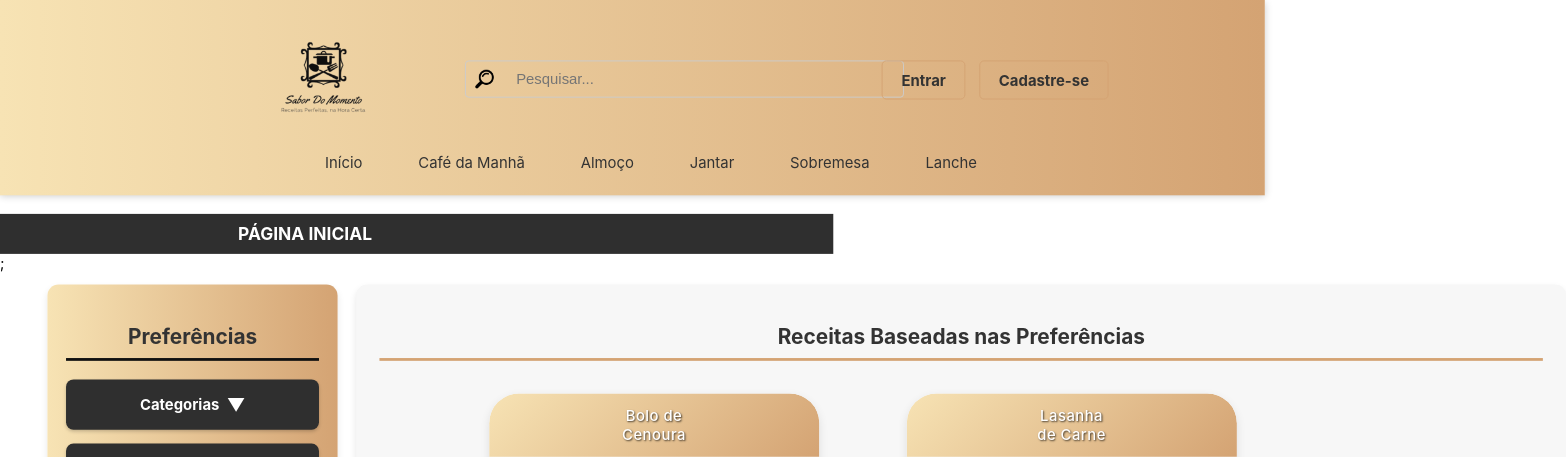
Repository: ICEI-PUC-Minas-PMV-SInt/pmv-sint-2024-2-e2-proj-front-grupo4-receitas1
Page: /
An editor plug-in stored every save of this project. The page is shown before and after the next save, followed by the edit.
The browser window is 1280 px wide. The page is 1684 px wide, so the pictures cover 1684 px, including what lies to the right of the window. The pictures show the part of the page from y = 0 to 491 px (the page is 48061 px tall), at 93% of full size.
Pictures or frames that could not be fetched are drawn as grey boxes. Some web libraries are served in a nearby version. The project was rebuilt for these pictures with package versions that can differ from the ones it lists, and the page was loaded fresh each time. Also part of the build but not shown: vite.config.js, src/Components/ModalComentarios.module.css, src/Components/Comentarios.module.css, src/Components/Comentario.module.css, src/Components/Avatar.module.css, src/Components/Avatar.js, src/Components/RespostasLista.module.css, src/Components/RespostasLista.js and 34 more.

Above is the page before, as saved 2024-11-17 11:09:19.

### public/index.html
<!-- @format -->

<!DOCTYPE html>
<html lang="en">
	<head>
		<meta charset="utf-8" />
		<link rel="icon" href="%PUBLIC_URL%/favicon.png" />
		<meta name="viewport" content="width=device-width, initial-scale=1" />
		<meta name="theme-color" content="#000000" />
		<meta
			name="description"
			content="Web site created using create-react-app"
		/>
		<link rel="apple-touch-icon" href="%PUBLIC_URL%/logo192.png" />
		<!--
      manifest.json provides metadata used when your web app is installed on a
      user's mobile device or desktop. See https://developers.google.com/web/fundamentals/web-app-manifest/
    -->
		<link rel="manifest" href="%PUBLIC_URL%/manifest.json" />
		<link
			href="https://fonts.googleapis.com/css2?family=Merriweather:wght@400&display=swap"
			rel="stylesheet"
		/>

		<!--
      Notice the use of %PUBLIC_URL% in the tags above.
      It will be replaced with the URL of the `public` folder during the build.
      Only files inside the `public` folder can be referenced from the HTML.

      Unlike "/favicon.ico" or "favicon.ico", "%PUBLIC_URL%/favicon.ico" will
      work correctly both with client-side routing and a non-root public URL.
      Learn how to configure a non-root public URL by running `npm run build`.
    -->
		<title>Sabor do momento</title>
	</head>
	<body>
		<!--VLibras Widget-->
		<div vw class="enabled">
			<div vw-access-button class="active"></div>
			<div vw-plugin-wrapper>
				<div class="vw-plugin-top-wrapper"></div>
			</div>
		</div>
		<script src="https://vlibras.gov.br/app/vlibras-plugin.js"></script>
		<script>
			document.addEventListener('DOMContentLoaded', function () {
				new window.VLibras.Widget('https://vlibras.gov.br/app');
			});
		</script>
		<noscript>You need to enable JavaScript to run this app.</noscript>
		<div id="root"></div>
		<!--
      This HTML file is a template.
      If you open it directly in the browser, you will see an empty page.

      You can add webfonts, meta tags, or analytics to this file.
      The build step will place the bundled scripts into the <body> tag.

      To begin the development, run `npm start` or `yarn start`.
      To create a production bundle, use `npm run build` or `yarn build`.
    -->
	</body>
</html>

### src/index.css
/** @format */

body {
	width: 100vw;
	margin: 0;
	padding: 0;
	justify-content: center;
	align-items: center;
	overflow-x: hidden;
	font-family: -apple-system, BlinkMacSystemFont, 'Segoe UI', 'Roboto', 'Oxygen',
		'Ubuntu', 'Cantarell', 'Fira Sans', 'Droid Sans', 'Helvetica Neue',
		sans-serif;
	-webkit-font-smoothing: antialiased;
	-moz-osx-font-smoothing: grayscale;
}

code {
	font-family: source-code-pro, Menlo, Monaco, Consolas, 'Courier New',
		monospace;
}

### src/App.js
/** @format */

import {
	HashRouter as Router,
	Routes,
	Route,
	useParams,
} from 'react-router-dom';
import CafedaManha from './Components/pages/CafedaManha';
import Almoco from './Components/pages/Almoco.js';
import Jantar from './Components/pages/Jantar';
import Sobremesa from './Components/pages/Sobremesa';
import Lanche from './Components/pages/Lanche';
import Inicio from './Components/pages/Inicio';
import PaginaReceita from './Components/pages/PaginaReceita.js';
import ScrollToTop from './Components/ScrollToTop.js';
import Cadastro from './Components/pages/Cadastro.js';
import Layout from './Components/pages/layout/Layout.js';
import Login from './Components/pages/Login.js';
import PerfilUsuario from './Components/pages/PerfilUsuario.js';
import ReceitasSalvas from './Components/pages/ReceitasSalvas'; // Importa a nova página de receitas salvas

function App() {
	return (
		<Router>
			<ScrollToTop />
			<Layout>
				<Routes>
					<Route path='/' element={<Inicio />} />
					<Route path='/cafedamanha' element={<CafedaManha />} />
					<Route path='/almoco' element={<Almoco />} />
					<Route path='/jantar' element={<Jantar />} />
					<Route path='/sobremesa' element={<Sobremesa />} />
					<Route path='/lanche' element={<Lanche />} />
					<Route path='/receitas/:id' element={<RouteReceitaWrapper />} />
					<Route path='/cadastro' element={<Cadastro />} />
					<Route path='/login' element={<Login />} /> {/* Rota sem Navbar */}
					<Route path='/perfilusuario' element={<PerfilUsuario />} />
					<Route path='/receitas-salvas' element={<ReceitasSalvas />} />{' '}
					{/* Nova rota para receitas salvas */}
				</Routes>
			</Layout>
		</Router>
	);
}

function RouteReceitaWrapper() {
	const { id } = useParams();
	return <PaginaReceita key={id} />;
}

export default App;

### src/Components/ScrollToTop.js
/** @format */

// ScrollToTop.js
import { useEffect } from 'react';
import { useLocation } from 'react-router-dom';

const ScrollToTop = () => {
	const { pathname } = useLocation();

	useEffect(() => {
		window.scrollTo(0, 0);
	}, [pathname]);

	return null;
};

export default ScrollToTop;

### src/Components/pages/layout/Layout.js
/** @format */

// Layout.js
import { useLocation } from 'react-router-dom';
import Navbar from './Navbar.js';
import Container from './Container.js';

const Layout = ({ children }) => {
	const location = useLocation();
	const hideNavbarRoutes = ['/cadastro', '/login']; // Defina as rotas onde a Navbar deve estar oculta

	return (
		<>
			{!hideNavbarRoutes.includes(location.pathname) && <Navbar />}
			<Container customClass='min-height'>{children}</Container>
		</>
	);
};

export default Layout;

### src/Components/LargeButton.js
/** @format */

import React from 'react';
import styles from './LargeButton.module.css';

const LargeButton = ({ textoBotao, className }) => {
	return (
		<div className={`${styles.largeButton} ${className}`}>
			<p>{textoBotao}</p>
		</div>
	);
};

export default LargeButton;

### src/Components/pages/Inicio.module.css
/** @format */

/* Container principal */
.containerGeral {
	padding-top: 20px;
}

.listaReceitas {
	display: grid;
	grid-template-columns: repeat(3, 1fr);
	flex-wrap: wrap;
	justify-content: center;
	row-gap: 1rem;
	column-gap: 2rem;
	padding: 1rem;
}

.perfilContainer {
	display: flex;
	flex-direction: column;
	padding-left: 4%;
	padding-top: 1%;
}

.containerBemVindoEFilteredRecipes {
	display: flex;
	flex-direction: column;
	align-items: center;
}

/* Título */
.perfilContainer h2 {
	font-size: 1.8rem;
	color: #333;
	margin-bottom: 20px;
	display: flex;
}

/* Layout principal: menu à esquerda e receitas à direita */
.perfilContent {
	display: flex;
	width: 100%;
	max-width: 1400px;
	gap: 20px;
	align-items: flex-start;
}

/* Menu de preferências (à esquerda) */
.preferencesCard {
	background: linear-gradient(90deg, #f7e3b4, #d4a373);
	border-radius: 12px;
	box-shadow: 0 4px 8px rgba(0, 0, 0, 0.1);
	padding: 20px;
	width: 15rem;
	min-width: 17rem;
}

.preferencesCardPerfilUsuario {
	background: linear-gradient(90deg, #f7e3b4, #d4a373);
	border-radius: 12px;
	box-shadow: 0 4px 8px rgba(0, 0, 0, 0.1);
	padding: 20px;
	width: 15rem;
	min-width: 17rem;
	margin-top: 5.1rem;
}

.preferencesCardPerfilUsuario h3 {
	text-align: center;
	color: #333;
	font-weight: bold;
	font-size: 1.4rem;
	margin-bottom: 20px;
	border-bottom: 3px solid #101010;
	padding-bottom: 10px;
}

/* Título do menu de preferências */
.preferencesCard h3 {
	text-align: center;
	color: #333;
	font-weight: bold;
	font-size: 1.4rem;
	margin-bottom: 20px;
	border-bottom: 3px solid #101010;
	padding-bottom: 10px;
}

/* Estilo do accordion */
.accordion {
	margin-bottom: 15px;
}

.accordionHeader {
	font-size: 16px;
	font-weight: bold;
	color: white; /* Cor branca para contraste */
	padding: 15px;
	background-color: #2f2f2f; /* Fundo escuro */
	border-radius: 8px;
	display: flex;
	justify-content: center;
	align-items: center;
	cursor: pointer;
	transition: background-color 0.3s ease-in-out, transform 0.2s;
	gap: 8px;
	box-shadow: 0px 2px 4px rgba(0, 0, 0, 0.2); /* Sombra leve */
}

.accordionHeader:hover {
	background-color: #444444; /* Tonalidade mais clara ao passar o mouse */
	transform: translateY(-2px);
}

.accordionArrow {
	font-size: 1.2rem;
	transform: scale(1);
	transition: transform 0.2s ease-in-out;
}

.accordionHeader:hover .accordionArrow {
	transform: scale(1.1);
}

.accordionContent {
	padding: 15px;
	background-color: #f9f9f9;
	border-radius: 8px;
	margin-top: 5px;
	display: grid;
	grid-template-columns: repeat(2, 1fr);
	gap: 15px;
	box-shadow: 0px 4px 8px rgba(0, 0, 0, 0.1); /* Sombra para demarcar o conteúdo */
}

/* Chips interativos */
.preferenceChip {
	padding: 10px 15px;
	border-radius: 20px;
	background-color: #f1f1f1;
	color: #333;
	cursor: pointer;
	transition: all 0.3s ease;
	font-size: 1rem;
	font-weight: bold;
	text-align: center;
	box-shadow: 0px 4px 8px rgba(0, 0, 0, 0.1);
}

.preferenceChip:hover {
	background-color: #d4a373;
	color: white;
	box-shadow: 0px 6px 12px rgba(0, 0, 0, 0.2);
	transform: translateY(-2px);
}

.activeChip {
	background-color: #d4a373;
	color: white;
}

/* Seção de receitas */
.filteredRecipes {
	flex-grow: 1;
	background-color: #f7f7f7;
	border-radius: 12px;
	box-shadow: 0 4px 8px rgba(0, 0, 0, 0.1);
	padding: 25px;
	padding-top: 20px;
	min-width: 1251px;
}

.filteredRecipes h3 {
	text-align: center;
	color: #333;
	font-size: 1.4rem;
	margin-bottom: 20px;
	border-bottom: 3px solid #d4a373;
	padding-bottom: 10px;
}

.filteredRecipesGrid {
	display: grid;
	grid-template-columns: repeat(3, 1fr);
	gap: 20px;
}

/* Responsividade */
@media (max-width: 768px) {
	.perfilContent {
		flex-direction: column;
		gap: 20px;
	}

	.preferencesCard {
		width: 100%;
	}

	.filteredRecipes {
		width: 100%;
	}

	.accordionContent {
		grid-template-columns: 1fr;
	}
}

### src/Components/ListaReceitas.js
/** @format */

import React from 'react';
import { receitas } from '../utils/receitas.js';
import ReceitaCard from './ReceitaCard.js';
import styles from './ListaReceitas.module.css';

const ListaReceitas = ({ preferenciasSelecionadas = {} }) => {
	// Função para verificar se uma receita atende às preferências selecionadas
	const atendePreferencias = receita => {
		return Object.entries(preferenciasSelecionadas).every(
			([categoria, preferencias]) => {
				return preferencias.some(preferencia => {
					const preferenciaLower = preferencia.toLowerCase();
					// Verifica o tipo de refeição
					if (categoria === 'Categorias') {
						return receita.tipoRefeicao?.toLowerCase() === preferenciaLower;
					}
					// Verifica componentes da receita
					if (categoria === 'Tipos de Refeição') {
						return (
							receita.nome?.toLowerCase().includes(preferenciaLower) ||
							receita.ingredientes?.some(ingrediente =>
								ingrediente.toLowerCase().includes(preferenciaLower)
							)
						);
					}
					// Verifica estilos alimentares ou tags
					if (categoria === 'Estilos Alimentares' || categoria === 'Tags') {
						return receita.tags?.some(
							tag => tag.toLowerCase() === preferenciaLower
						);
					}
					// Caso nenhum critério seja atendido
					return false;
				});
			}
		);
	};

	// Filtrar receitas com base nas preferências selecionadas
	const receitasFiltradas = receitas.filter(atendePreferencias);

	return (
		<ul className={styles.containerListaReceitas}>
			{receitasFiltradas.length > 0 ? (
				receitasFiltradas.map(receita => (
					<ReceitaCard
						key={receita.id}
						id={receita.id}
						nome={receita.nome}
						fotoReceita={receita.fotoReceita}
						fotoUsuarioPostador={receita.fotoUsuarioPostador}
						usuarioPostador={receita.usuarioPostador}
					/>
				))
			) : (
				<p>Nenhuma receita encontrada.</p>
			)}
		</ul>
	);
};

export default ListaReceitas;

### src/Components/ReceitaCard.js
/** @format */

import React, { useState } from 'react';
import { useNavigate } from 'react-router-dom'; // Importa o hook de navegação
import UsuarioPostador from './UsuarioPostador.js';
import { CommentIcon } from './CommentIcon.js';
import ModalComentarios from './ModalComentarios.js'; // Importe o Modal
import styles from './ReceitaCard.module.css';
import ReactDOM from 'react-dom';

const ReceitaCard = ({
	fotoReceita,
	fotoUsuarioPostador,
	usuarioPostador,
	nome,
	id,
}) => {
	const [modalAberto, setModalAberto] = useState(false);
	const navigate = useNavigate();

	const abrirModal = () => {
		setModalAberto(true);
	};

	const fecharModal = () => {
		setModalAberto(false);
	};

	// Função para redirecionar para a página da receita ao clicar na imagem
	const handleNavigateToRecipe = () => {
		navigate(`/receitas/${id}`);
	};

	return (
		<div className={styles.containerReceitaCard}>
			<div className={styles.containerNomeReceita}>
				<p>{nome}</p>
			</div>
			<img
				className={styles.fotoReceita}
				src={fotoReceita}
				alt={`Receita de ${nome}`}
				onClick={handleNavigateToRecipe} // Redireciona ao clicar na imagem
				style={{ cursor: 'pointer' }} // Mostra o ponteiro para indicar clicável
			/>

			<div className={styles.containerUsuarioEComentarios}>
				<UsuarioPostador
					fotoUsuarioPostador={fotoUsuarioPostador}
					usuarioPostador={usuarioPostador}
				/>
				<CommentIcon onClick={abrirModal} /> {/* Abre o modal */}
			</div>

			{/* Renderiza o modal de comentários, se estiver aberto */}
			{modalAberto &&
				ReactDOM.createPortal(
					<ModalComentarios receitaId={id} onClose={fecharModal} />,
					document.body
				)}
		</div>
	);
};

export default ReceitaCard;

### src/Components/UsuarioPostador.js
/** @format */

import React from 'react';
import styles from './UsuarioPostador.module.css';

const UsuarioPostador = ({
	fotoUsuarioPostador,
	usuarioPostador,
	className,
}) => {
	return (
		<div className={`${styles.containerUsuarioPostador} ${className}`}>
			<img
				className={styles.fotoUsuarioPostador}
				src={fotoUsuarioPostador}
				alt={`Foto de ${usuarioPostador}`}
			/>
			<p>Por {usuarioPostador}</p>
		</div>
	);
};

export default UsuarioPostador;

### src/Components/CommentIcon.js
/** @format */

import React from 'react';
import { FaRegCommentDots } from 'react-icons/fa';
import styles from './IconsStyle.module.css';

export function CommentIcon({ onClick, withText = false }) {
	return (
		<div className={styles.iconWithText} onClick={onClick}>
			<FaRegCommentDots color='#333' size={24} />
			{withText && <span className={styles.iconText}>Comentários</span>}
		</div>
	);
}

### src/Components/pages/layout/Navbar.js
/** @format */

import { Link, useNavigate } from 'react-router-dom';
import { useEffect, useState } from 'react';
import Container from './Container';
import styles from './Navbar.module.css';
import logo from '../../../img/logo.png';
import defaultAvatar from '../../../img/default-avatar.png'; // Imagem padrão de usuário
import SearchBar from '../../SearchBar';
import { receitas } from '../../../utils/receitas';

function Navbar() {
	const [filteredRecipes, setFilteredRecipes] = useState([]);
	const [hasSearched, setHasSearched] = useState(false);
	const [user, setUser] = useState(null); // Estado para armazenar dados do usuário
	const navigate = useNavigate();

	useEffect(() => {
		// Verifica o LocalStorage para dados de usuário ao carregar a página
		const storedUser = JSON.parse(localStorage.getItem('user'));
		if (storedUser) {
			setUser(storedUser);
		}
	}, []);

	const handleSearch = query => {
		setHasSearched(true);
		const filtered = receitas.filter(recipe =>
			recipe.nome.toLowerCase().includes(query.toLowerCase())
		);
		setFilteredRecipes(filtered);
	};

	const resetSearch = () => {
		setFilteredRecipes([]);
		setHasSearched(false);
	};

	const handleLogout = () => {
		// Remove dados do usuário do LocalStorage e atualiza o estado
		localStorage.removeItem('user');
		setUser(null);
		navigate('/login');
	};

	return (
		<nav className={styles.navbar}>
			<Container>
				<div className={styles.navbarContent}>
					<Link to='/'>
						<img className={styles.logo} src={logo} alt='Logosabordomomento' />
					</Link>
					<SearchBar onSearch={handleSearch} />
				</div>
				<ul className={styles.list}>
					<li className={styles.item}>
						<Link to='/' onClick={resetSearch}>
							Início
						</Link>
					</li>
					<li className={styles.item}>
						<Link to='/cafedamanha' onClick={resetSearch}>
							Café da Manhã
						</Link>
					</li>
					<li className={styles.item}>
						<Link to='/almoco' onClick={resetSearch}>
							Almoço
						</Link>
					</li>
					<li className={styles.item}>
						<Link to='/jantar' onClick={resetSearch}>
							Jantar
						</Link>
					</li>
					<li className={styles.item}>
						<Link to='/sobremesa' onClick={resetSearch}>
							Sobremesa
						</Link>
					</li>
					<li className={styles.item}>
						<Link to='/lanche' onClick={resetSearch}>
							Lanche
						</Link>
					</li>
				</ul>

				{/* Botões de login/cadastro ou saudação com avatar */}
				<div className={styles.userSection}>
					{user ? (
						<div className={styles.loggedInUser}>
							<img
								src={user.avatar || defaultAvatar} // Avatar do usuário ou imagem padrão
								alt='Avatar do usuário'
								className={styles.avatar}
							/>
							<div className={styles.welcomeMessage}>
								<div>
									<p>Bem-vindo(a), </p>
									<p>{user.name}</p>
								</div>
								<button onClick={handleLogout} className={styles.logoutButton}>
									Sair
								</button>
							</div>
						</div>
					) : (
						<div className={styles.authButtons}>
							<Link to='/login' className={styles.authLink}>
								Entrar
							</Link>
							<Link to='/cadastro' className={styles.authLink}>
								Cadastre-se
							</Link>
						</div>
					)}
				</div>

				{/* Renderiza os resultados da pesquisa, se houver */}
				{hasSearched && filteredRecipes.length > 0 ? (
					<div className={styles.results}>
						{filteredRecipes.map(recipe => (
							<Link
								key={recipe.id}
								to={`/receitas/${recipe.id}`}
								className={styles.recipeLink}
								onClick={resetSearch}
							>
								<p>{recipe.nome}</p>
							</Link>
						))}
					</div>
				) : (
					hasSearched && (
						<div className={styles.results}>
							<p>Nenhum resultado encontrado</p>
						</div>
					)
				)}
			</Container>
		</nav>
	);
}

export default Navbar;

### src/Components/pages/layout/Container.js
import styles from './Container.module.css'

function Container(props){
return <div>{props.children}</div>


}

export default Container

### src/Components/LargeButton.module.css
/** @format */

.largeButton {
	background-color: #2f2f2f;
	color: white;
	font-size: 15px;
	text-transform: uppercase;
	padding-left: 20%;
	padding-top: 10px;
	padding-bottom: 10px;
	font-size: 1.17rem;
	font-weight: bold;
	width: 50%;
	text-justify: center;
}

.largeButton p {
	padding: 0;
	width: fit-content;
	margin: 0;
}

### src/Components/ListaReceitas.module.css
/** @format */

.containerListaReceitas {
	display: flex;
	flex-wrap: wrap;
	row-gap: 1rem;
	column-gap: 4rem;
	margin-left: 5%;
}

### src/Components/ReceitaCard.module.css
/** @format */

.fotoReceita {
	width: 100%;
	height: 300px; /* Altura fixa para garantir um layout uniforme */
	border-radius: 0 0 2rem 2rem;
	cursor: pointer;
	object-fit: cover; /* Mantém a proporção da imagem */
	transition: transform 0.3s ease-in-out;
}

.containerReceitaCard {
	display: flex;
	flex-direction: column;
	width: 355px;
	border-radius: 2rem;
	overflow: hidden;
	box-shadow: 0px 4px 10px rgba(0, 0, 0, 0.1);
	margin: 15px; /* Espaçamento entre cards */
}

.containerReceitaCard:hover .fotoReceita {
	transform: scale(1.05); /* Aumenta a imagem ao passar o mouse */
}

.containerUsuarioEComentarios {
	display: flex;
	justify-content: space-around;
	padding: 10px;
	align-items: center;
}

.containerNomeReceita {
	background: linear-gradient(135deg, #f7e3b4, #d4a373);
	border-radius: 2rem 2rem 0 0;
	padding: 10px 0;
	text-align: center;
	height: 3rem;
	display: flex;
	justify-content: center;
	align-items: center;
}

.containerNomeReceita p {
	font-size: 16px;
	color: white;
	font-weight: 500;
	letter-spacing: 0.5px;
	margin: 0;
	text-shadow: 1px 1px 2px rgba(0, 0, 0, 0.7);
	max-width: 5rem;
}

### src/Components/UsuarioPostador.module.css
/** @format */

.fotoUsuarioPostador {
	border-radius: 100%;
	width: 2rem;
}

.containerUsuarioPostador {
	display: flex;
	gap: 1rem;
	align-items: center;
	color: black;
}

### src/Components/IconsStyle.module.css
/** @format */

.icon {
	width: 2rem;
	cursor: pointer;
}

.iconeEnviar {
	width: 28px;
	background-color: #2f2f2f;
	border-radius: 100%;
}

.icon {
	cursor: pointer;
	transition: color 0.3s ease;
}

.saveIconContainer {
	position: relative;
	display: inline-block;
}

.saveMessage {
	position: absolute;
	top: -30px;
	right: -10px;
	background-color: #333;
	color: #fff;
	padding: 5px 10px;
	border-radius: 5px;
	font-size: 0.8rem;
	opacity: 0.8;
	animation: fade-in-out 2s ease;
}

@keyframes fade-in-out {
	0% {
		opacity: 0;
	}
	10% {
		opacity: 0.8;
	}
	90% {
		opacity: 0.8;
	}
	100% {
		opacity: 0;
	}
}

.iconWithText {
	display: flex;
	align-items: center;
	cursor: pointer;
	transition: color 0.3s ease;
}

.iconWithText:hover {
	color: #ff6347; /* Muda a cor ao passar o mouse */
}

.iconText {
	margin-left: 8px;
	font-size: 0.9rem;
	color: #333;
	font-weight: bold;
}

/* IconsStyle.module.css */

.saveIconContainer {
	display: flex;
	align-items: center;
	cursor: pointer;
	gap: 5px;
}

.saved {
	color: #000; /* Preto para o ícone salvo */
	font-size: 1.5rem;
	transition: color 0.3s ease;
}

.unsaved {
	color: #000; /* Contorno preto para o ícone não salvo */
	font-size: 1.5rem;
	transition: color 0.3s ease;
}

.iconText {
	font-size: 1rem;
	font-weight: 500;
	color: #333;
}

### src/Components/pages/layout/Navbar.module.css
/** @format */

.navbar {
	display: flex;
	justify-content: center;
	align-items: center;
	background: linear-gradient(90deg, #f7e3b4, #d4a373);
	box-shadow: 0 2px 8px rgba(0, 0, 0, 0.2);
	padding: 15px 40px;
	width: 100%;
}

.navbarContent {
	display: flex;
	align-items: center;
	gap: 50px;
}

.logo {
	width: 80%;
	max-width: 170px;
}

.list {
	display: flex;
	list-style: none;
	align-items: center;
	margin: 0;
}

.item {
	flex-grow: 1;
	text-align: center;
}

.item a {
	color: #333;
	text-decoration: none;
	display: block;
	padding: 10px 30px;
	border-radius: 5px;
	transition: background 0.3s, color 0.3s;
}

.item a:hover {
	background-color: rgba(0, 0, 0, 0.1);
	color: #000;
}

.userSection {
	display: flex;
	align-items: center;
	gap: 20px;
	position: absolute;
	right: 40px;
	top: 20px;
	margin-top: 2.8rem;
	margin-right: 3rem;
}

.authButtons {
	display: flex;
	gap: 15px;
}

.authLink {
	color: #333;
	text-decoration: none;
	font-weight: bold;
	padding: 10px 20px;
	border: 1px solid #d4a373;
	border-radius: 5px;
	transition: background 0.3s, color 0.3s;
}

.authLink:hover {
	background-color: #d4a373;
	color: #fff;
}

.loggedInUser {
	display: flex;
	align-items: center;
	gap: 10px;
	color: #333;
	flex-direction: column;
	text-align: center;
	padding-right: 5rem;
}

.avatar {
	width: 40px;
	height: 40px;
	border-radius: 50%;
	border: 2px solid #d4a373;
	object-fit: cover;
	cursor: pointer;
}

.welcomeMessage {
	font-size: 0.9rem;
	display: flex;
	flex-direction: column;
	gap: 0.8rem;
}
.welcomeMessage p {
	padding: 0;
	margin: 0;
}

.logoutButton {
	background: none;
	border: none;
	color: #d9534f;
	font-size: 0.8rem;
	cursor: pointer;
	text-decoration: underline;
}

.logoutButton:hover {
	color: #c9302c;
}

### src/Components/SearchBar.js
import React, { useState } from 'react';
import styles from './SearchBar.module.css';

function SearchBar({ onSearch }) {
  const [query, setQuery] = useState('');

  const handleInputChange = (event) => {
    const value = event.target.value;
    setQuery(value);
    onSearch(value); // Chama a função de pesquisa com o novo valor
  };

  return (
    <input
      type="text"
      className={styles.searchInput}
      placeholder=" Pesquisar..."
      value={query}
      onChange={handleInputChange} // Atualiza a pesquisa sempre que o valor mudar
    />
  );
}

export default SearchBar;

### src/Components/SearchBar.module.css
/* SearchBar.module.css */
.searchInput {
    width: 50%;
    padding: 10px 20px;
    padding-left: 50px;
    background: url('../img/lupa.png') no-repeat;
    background-position: 10px center;
    background-size: 20px;
    border: 1px solid #ccc;
    border-radius: 4px;
    font-size: 16px;
  }

Loaded but not shown: src/index.js (common file); src/reportWebVitals.js (common file); src/utils/receitas.js (4229 lines, source omitted); src/Components/pages/Inicio.js (179 lines, source omitted); src/Components/pages/layout/Container.module.css (no stored copy; drawn as an empty file)

After the next save:
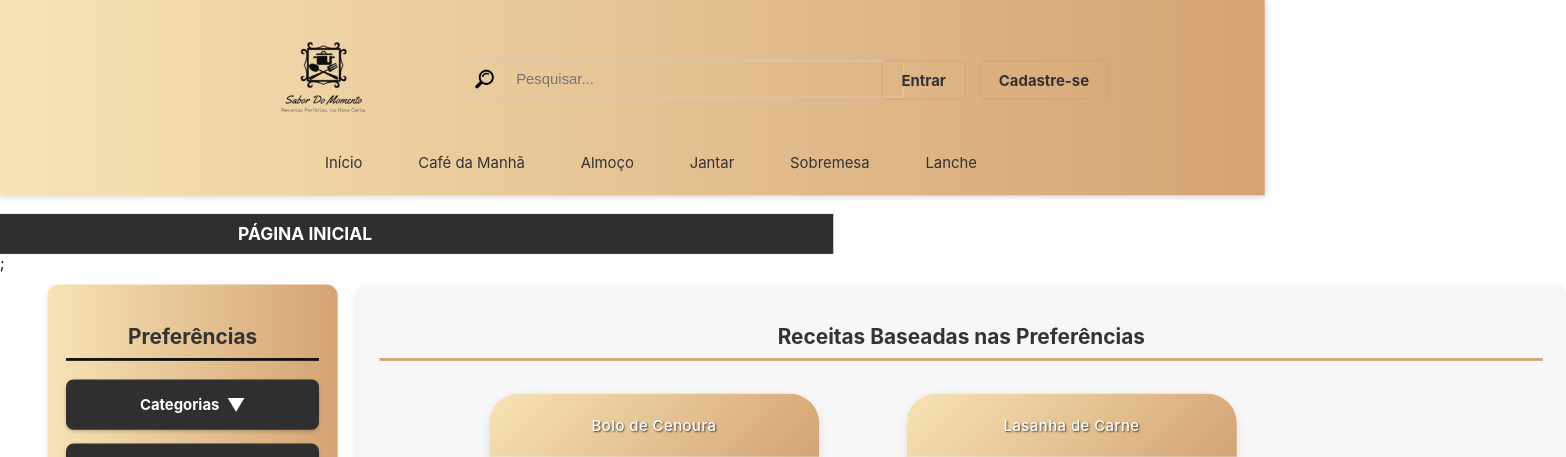
Saved 4 s later.
--- a/src/Components/ReceitaCard.module.css
+++ b/src/Components/ReceitaCard.module.css
@@ -48,5 +48,5 @@
 	letter-spacing: 0.5px;
 	margin: 0;
 	text-shadow: 1px 1px 2px rgba(0, 0, 0, 0.7);
-	max-width: 5rem;
+	max-width: 10rem;
 }
